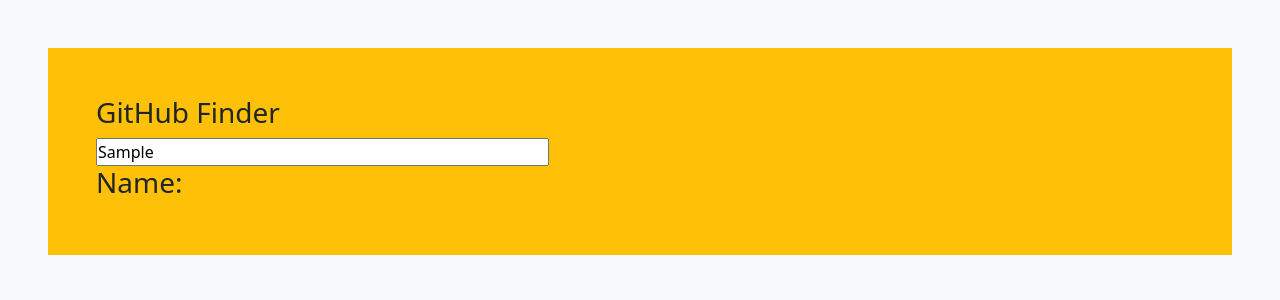
Repository: just-mann/github-finder.github.io
Page: index.html
The author's editor kept a copy of each file at every save. The page is drawn from the files as they stood at one save, then again after a run of saves.
The browser window is 1280 px wide. The pictures show the whole page.
Empty fields were first filled with sample values (such as "Sample", 5 or name@example.com).
After loading, the first visible `#searchUser` was changed once.
Some web libraries are served in a nearby version.

Above is the page before, as saved 2021-04-18 01:02:28.
Console error (its wording comes from the project's code and is left out).

After the next 7 saves:
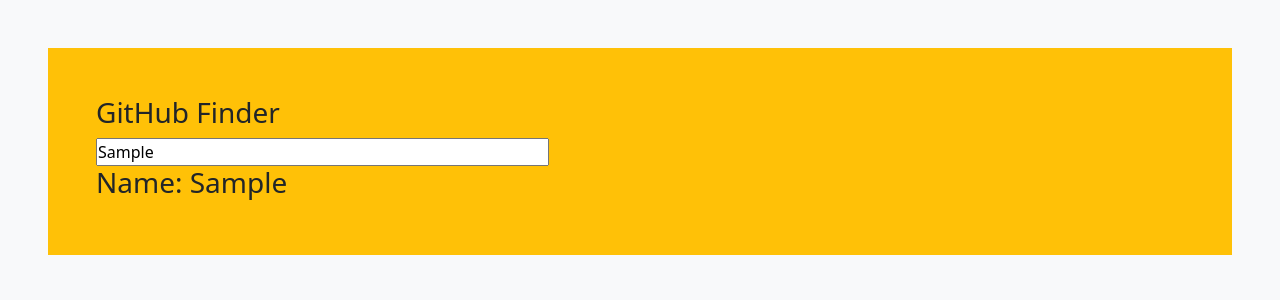
The error is gone.
The 7 saves are shown as one change because they came seconds apart.
The last was saved 50 s later.
--- a/script.js
+++ b/script.js
@@ -5,6 +5,6 @@
     console.log('jquery works');
     $('#searchUser').on('keyup', (e) => {
         let username = e.target.value;
-        $('#')
+        $('#just').html(username);
     })
 });
